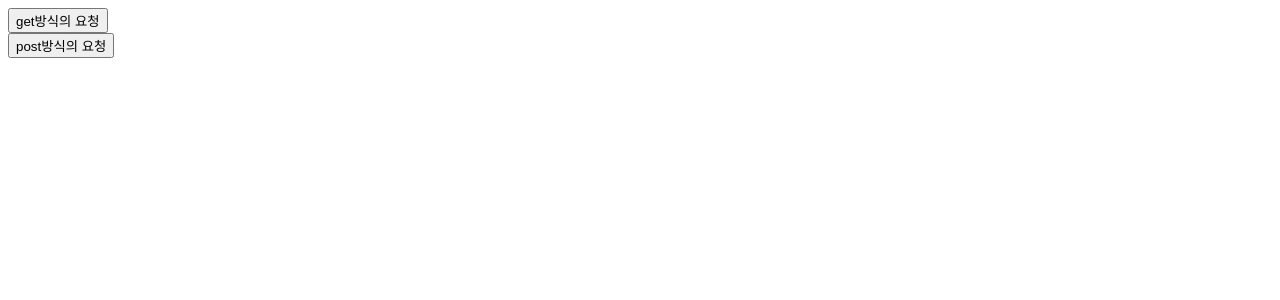
Repository: beom324/jsp-servlet
Page: http://localhost/day1222/
An editor plug-in stored every save of this project. The page is shown before and after the next save, followed by the edit.
The browser window is 1280 px wide. The pictures show the whole page.
The page is served by Tomcat 9. Other server files are loaded and not shown.

Above is the page before, as saved 2023-12-22 06:45:22.

### day1222/src/main/webapp/index.jsp
<%@ page language="java" contentType="text/html; charset=UTF-8"
    pageEncoding="UTF-8"%>
<!DOCTYPE html>
<html>
<head>
<meta charset="UTF-8">
<title>Insert title here</title>
</head>
<body>
	<form action="hello" method="get">
	<input type="submit" value="get방식의 요청">

	</form>

	<form action="hello" method="post">
	<input type="submit" value="post방식의 요청">

	</form>
</body>
</html>

After the next save:
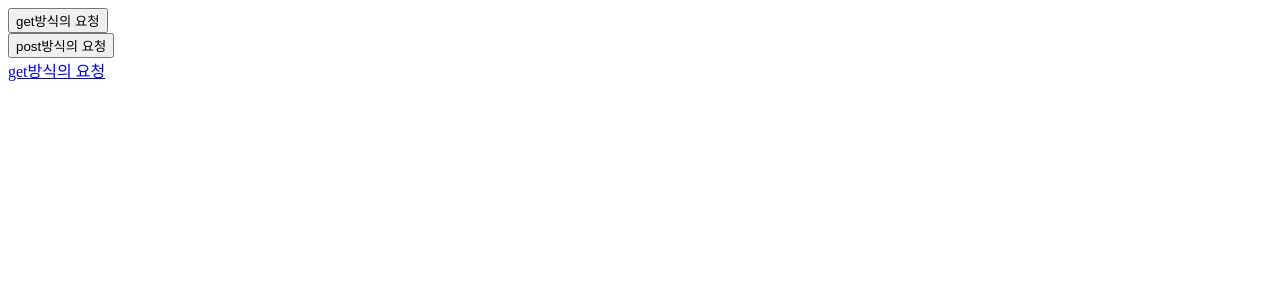
Saved 82 s later.
--- a/day1222/src/main/webapp/index.jsp
+++ b/day1222/src/main/webapp/index.jsp
@@ -16,5 +16,7 @@
 	<input type="submit" value="post방식의 요청">
 
 	</form>
+
+	<a href="hello">get방식의 요청</a>
 </body>
 </html>
